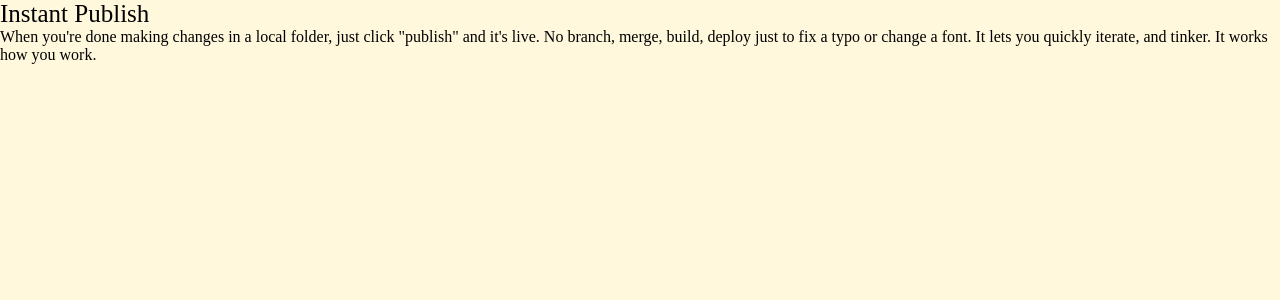
Repository: Pbemits/TEAMWORK-PROJECT-ONE
Page: index.html
An editor plug-in stored every save of this project. The page is shown before and after the next save, followed by the edit.
The browser window is 1280 px wide. The pictures show the whole page.
Some web fonts or font styles are not loaded; a fallback is used.

Above is the page before, as saved 2023-09-01 22:40:27.

After the next save:
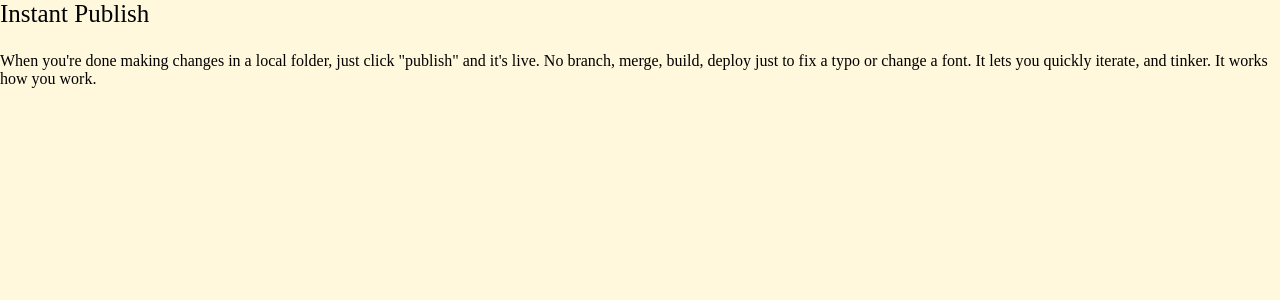
Saved 16 s later.
--- a/assets/css/main.css
+++ b/assets/css/main.css
@@ -3,6 +3,6 @@
     font-weight: 400;
 }
 
-.content-wrapper-element-one .wrapper-element-texts .element-texts-paregraph {
+.content-wrapper-element-one .wrapper-element-texts .element-texts-paragraph {
     margin: 24px 0;
 }
